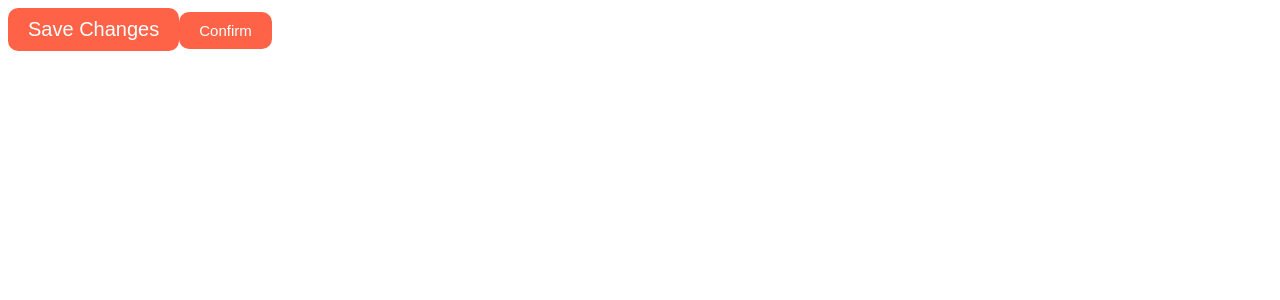
Repository: TaewookKwak/React
Page: propTypes.html
These files come from the project's save history. The page is drawn as it stood at one moment and after the next save; the edit follows.
The browser window is 1280 px wide. The pictures show the whole page.

Above is the page before, as saved 2021-12-15 13:38:51.

### propTypes.html
<!DOCTYPE html>
<html lang="en">
  <body>
    <div id="root"></div>
  </body>
  <script src="https://unpkg.com/react@17.0.2/umd/react.production.min.js"></script>
  <script src="https://unpkg.com/react-dom@17.0.2/umd/react-dom.production.min.js"></script>
  <script src="https://unpkg.com/@babel/standalone/babel.min.js"></script>
  <script type="text/babel">
    const root = document.querySelector("#root");
    function Btn({ text, size }) {
      return (
        <button
          style={{
            backgroundColor: "tomato",
            color: "white",
            padding: "10px 20px",
            border: "none",
            borderRadius: "10px",
            fontSize: size === "big" ? 20 : 15,
          }}
        >
          {text}
        </button>
      );
    }
    function App() {
      return (
        <div>
          <Btn text="Save Changes" size="big" />
          <Btn text="Confirm" size="small" />
        </div>
      );
    }

    ReactDOM.render(<App />, root);
  </script>
</html>

After the next save:
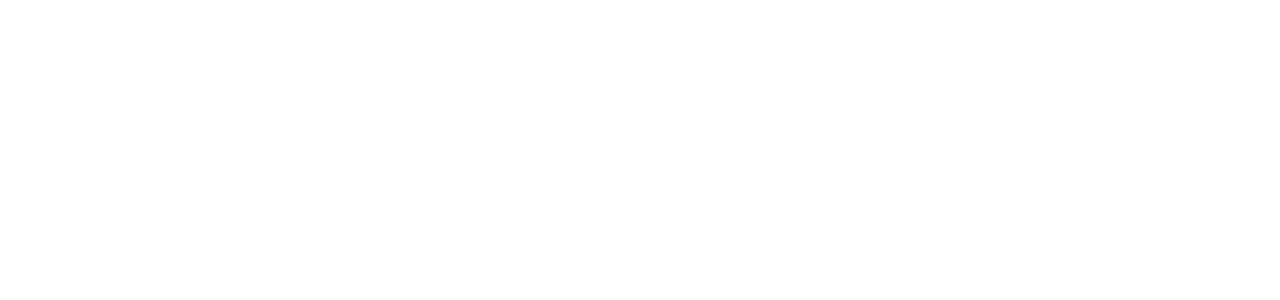
Console error (its wording comes from the project's code and is left out).
Saved 63 s later.
--- a/propTypes.html
+++ b/propTypes.html
@@ -8,7 +8,7 @@
   <script src="https://unpkg.com/@babel/standalone/babel.min.js"></script>
   <script type="text/babel">
     const root = document.querySelector("#root");
-    function Btn({ text, size }) {
+    function Btn({ text, fontSize }) {
       return (
         <button
           style={{
@@ -27,8 +27,7 @@
     function App() {
       return (
         <div>
-          <Btn text="Save Changes" size="big" />
-          <Btn text="Confirm" size="small" />
+          <Btn text="Save Changes" fontSize= 18 />
         </div>
       );
     }

After the 2 saves that followed:
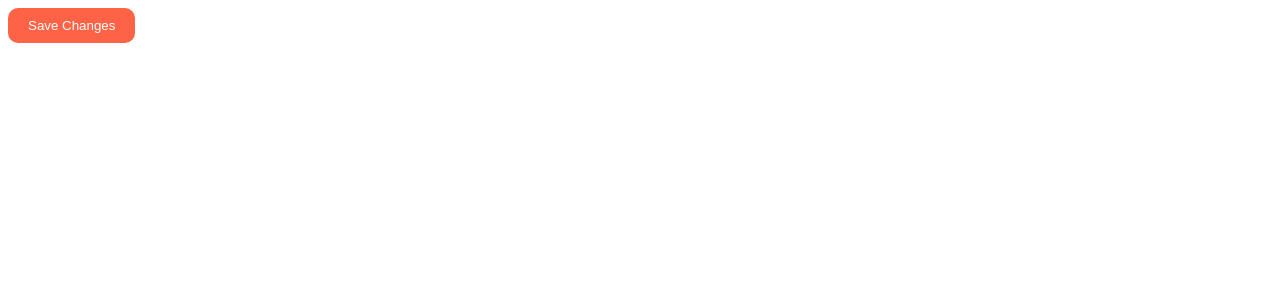
The error is gone.
The 2 saves are shown as one change because 1 left the picture as it was.
The last was saved 23 s later.
--- a/propTypes.html
+++ b/propTypes.html
@@ -17,7 +17,7 @@
             padding: "10px 20px",
             border: "none",
             borderRadius: "10px",
-            fontSize: size === "big" ? 20 : 15,
+            fontSize: fontSize,
           }}
         >
           {text}
@@ -27,7 +27,7 @@
     function App() {
       return (
         <div>
-          <Btn text="Save Changes" fontSize= 18 />
+          <Btn text="Save Changes" fontSize="18" />
         </div>
       );
     }
